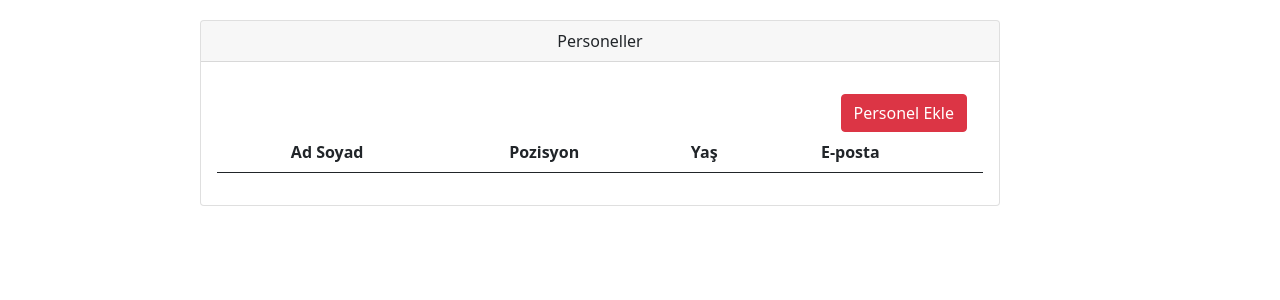
Repository: okankrdg/ReactCoreCRUD
Page: /employee/index (app in ReactCoreCRUD.Web/client/)
The author's editor kept a copy of each file at every save. The page is drawn from the files as they stood at one save, then again after the next save.
The browser window is 1280 px wide. The pictures show the whole page.
The page's requests for data from a server got no answer. The project was rebuilt for these pictures with package versions that can differ from the ones it lists, and the page was loaded fresh each time. No one was signed in, and anything a server would have sent is missing. Also part of the build but not shown: ReactCoreCRUD.Web/client/src/pages/Employee/createOrEdit.tsx, ReactCoreCRUD.Web/client/src/pages/Exception/index.tsx.

Above is the page before, as saved 2021-10-10 22:24:59.

After the next save:
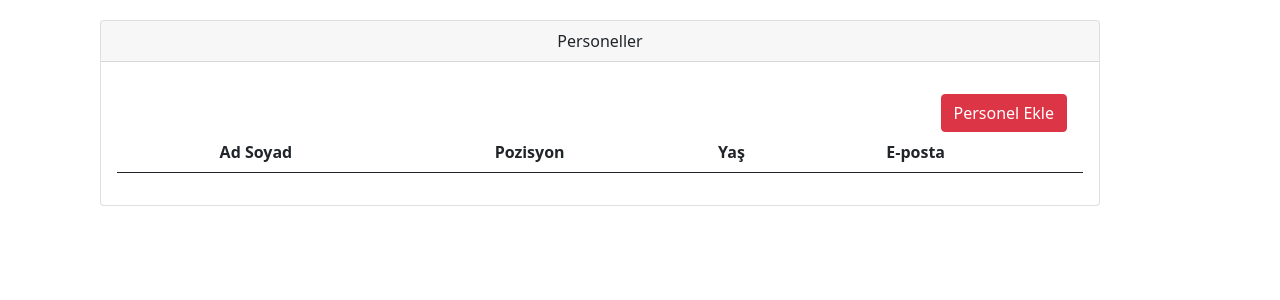
Saved 7 s later.
--- a/ReactCoreCRUD.Web/client/src/pages/Employee/index.tsx
+++ b/ReactCoreCRUD.Web/client/src/pages/Employee/index.tsx
@@ -29,7 +29,7 @@ function Index() {
     });
   };
   return (
-    <div className="card col-md-8">
+    <div className="card col-md-10">
       <div className="card-header">Personeller</div>
       <div className="card-body">
         <div className="">
